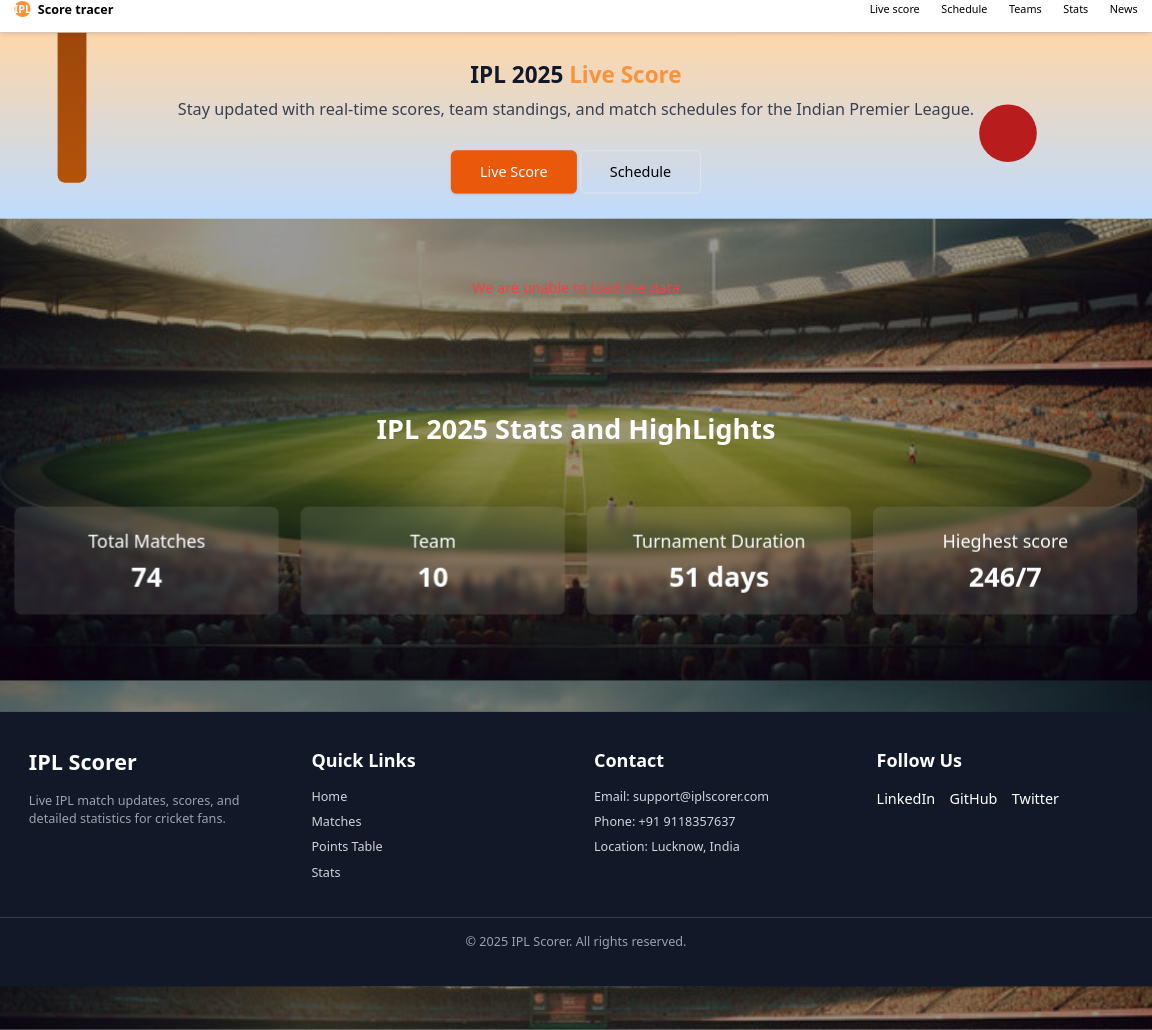
Repository: GauraVPandeyyy/IPL_PointsTable
Page: /
These files come from the project's save history. The page is drawn as it stood at one moment and after a run of saves; the edit follows.
The browser window is 1280 px wide. The pictures show the whole page, at 90% of full size.
The page's requests for data from a server got no answer. Backgrounds fixed to the window are drawn as part of the page. Some web libraries are served in a nearby version. The project was rebuilt for these pictures with package versions that can differ from the ones it lists, and the page was loaded fresh each time. No one was signed in, and anything a server would have sent is missing. Also part of the build but not shown: vite.config.js.

Above is the page before, as saved 2025-04-18 16:20:20.

After the next 2 saves:
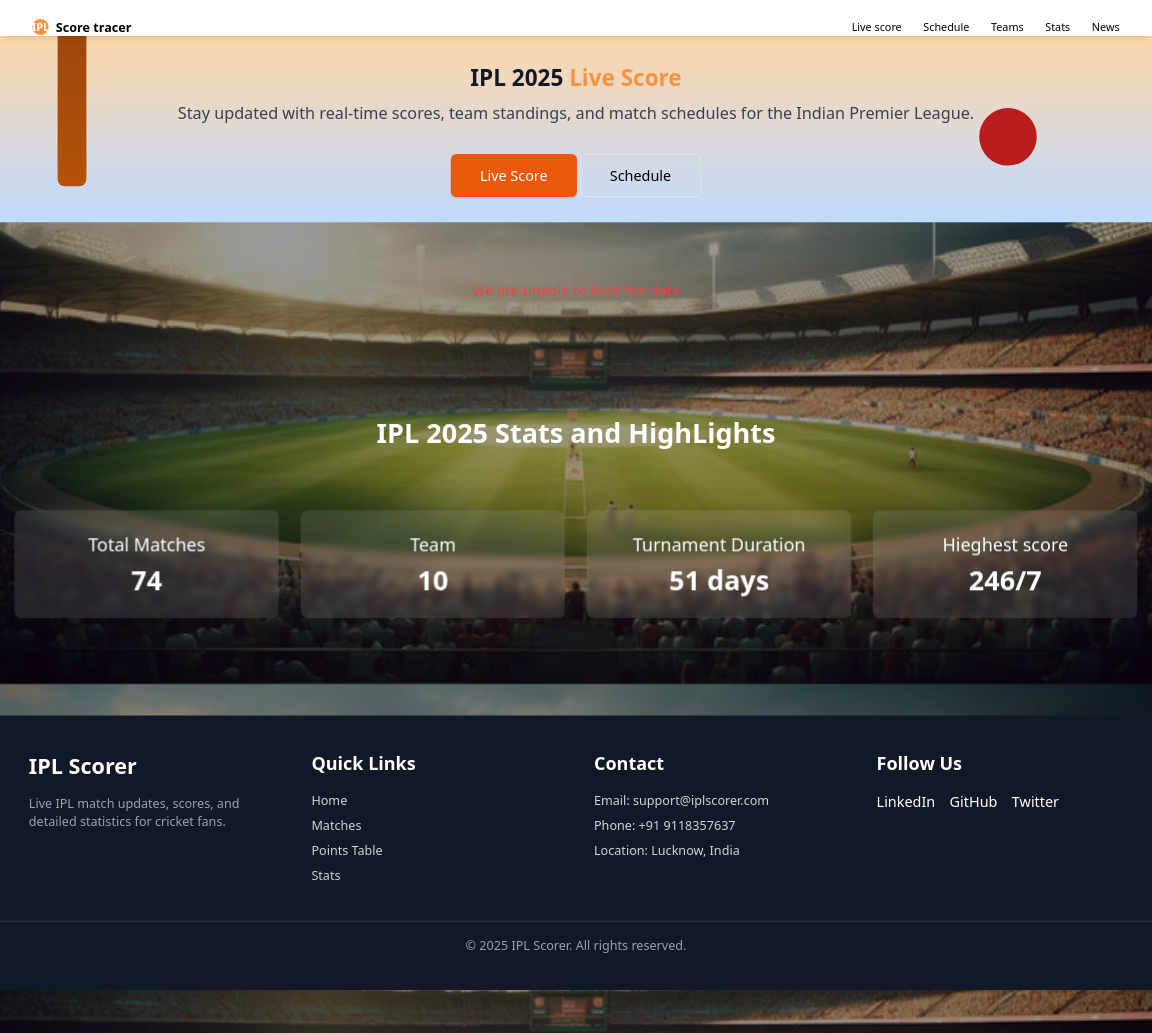
The 2 saves are shown as one change because they came seconds apart.
The last was saved 7 s later.
--- a/src/components/Header.jsx
+++ b/src/components/Header.jsx
@@ -15,7 +15,7 @@ export default function Header() {
     setIsOpen(!isopen);
   };
   return (
-    <div className="sticky h-9 top-0 z-50 bg-white shadow-md">
+    <div className="sticky h-9 p-5 top-0 z-50 bg-white shadow-md">
       <div className="container mx-auto px-4">
         {/* Logo */}
         <div className="flex items-center justify-between h-[20px]">
